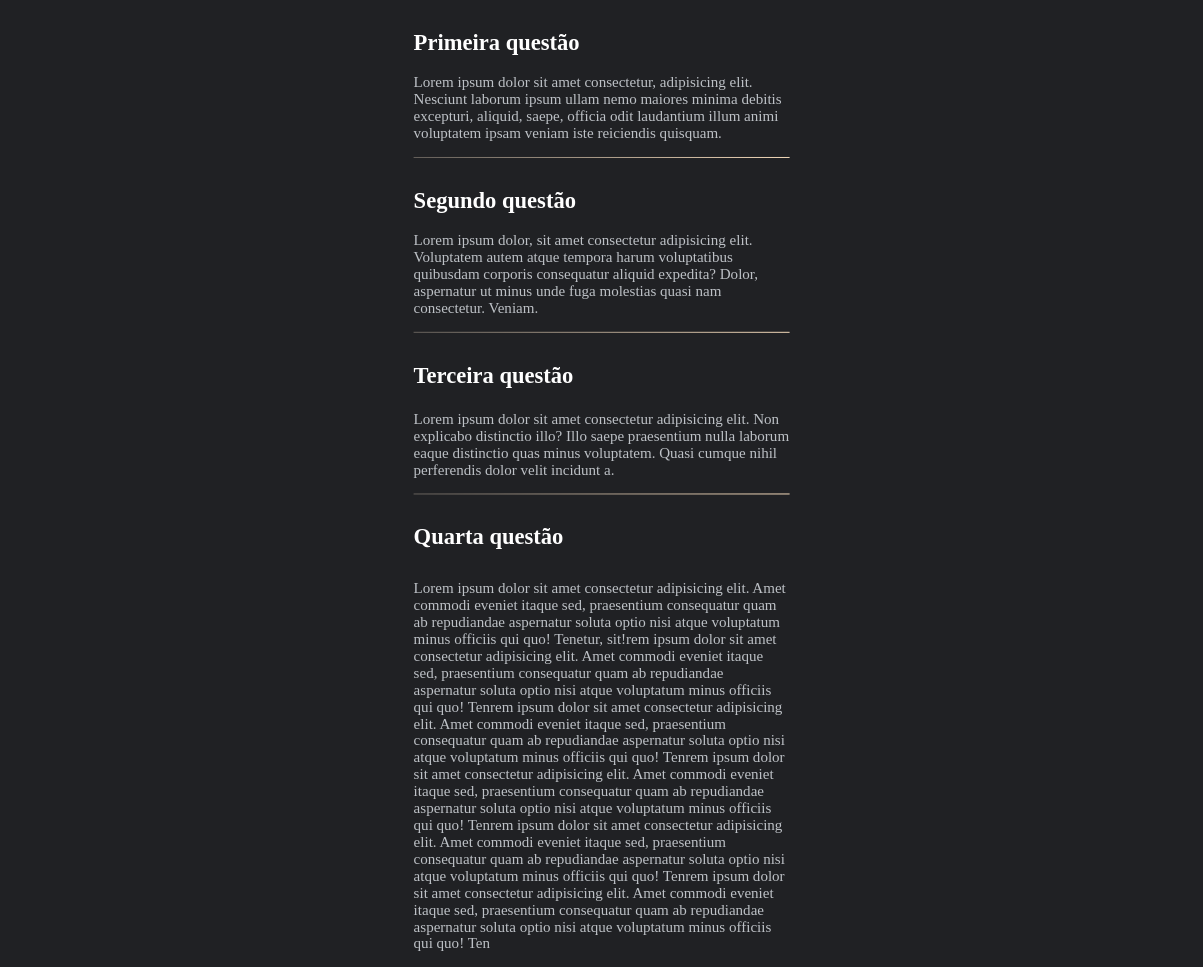
Repository: viviij/Fun-es-Simples-JavaScript
Page: index.html
The author's editor kept a copy of each file at every save. The page is drawn from the files as they stood at one save, then again after the next save.
The browser window is 1280 px wide. The pictures show the whole page, at 94% of full size.

Above is the page before, as saved 2022-08-25 21:35:03.

After the next save:
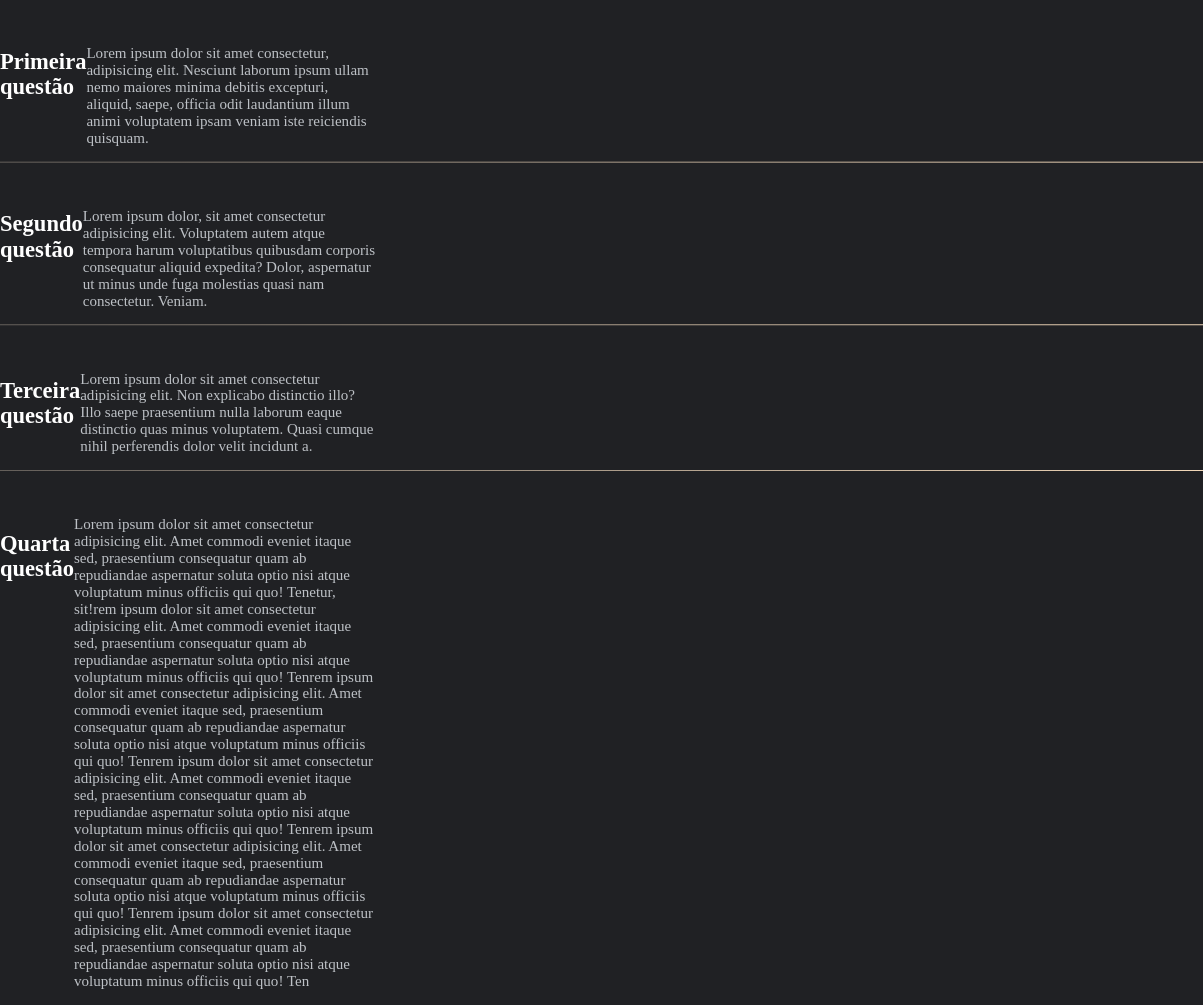
Saved 51 s later.
--- a/styles.css
+++ b/styles.css
@@ -3,8 +3,7 @@
   padding: 0;
   box-sizing: border-box;
   background: var(--background-color);
-  display: flex;
-  justify-content: center;
+
 }
 
 a {
@@ -29,6 +28,8 @@
 }
 
 section {
+  display: flex;
+  justify-content: center;
   color: var(--text-color);
   margin-top: 2rem;
 }

After the save that followed:
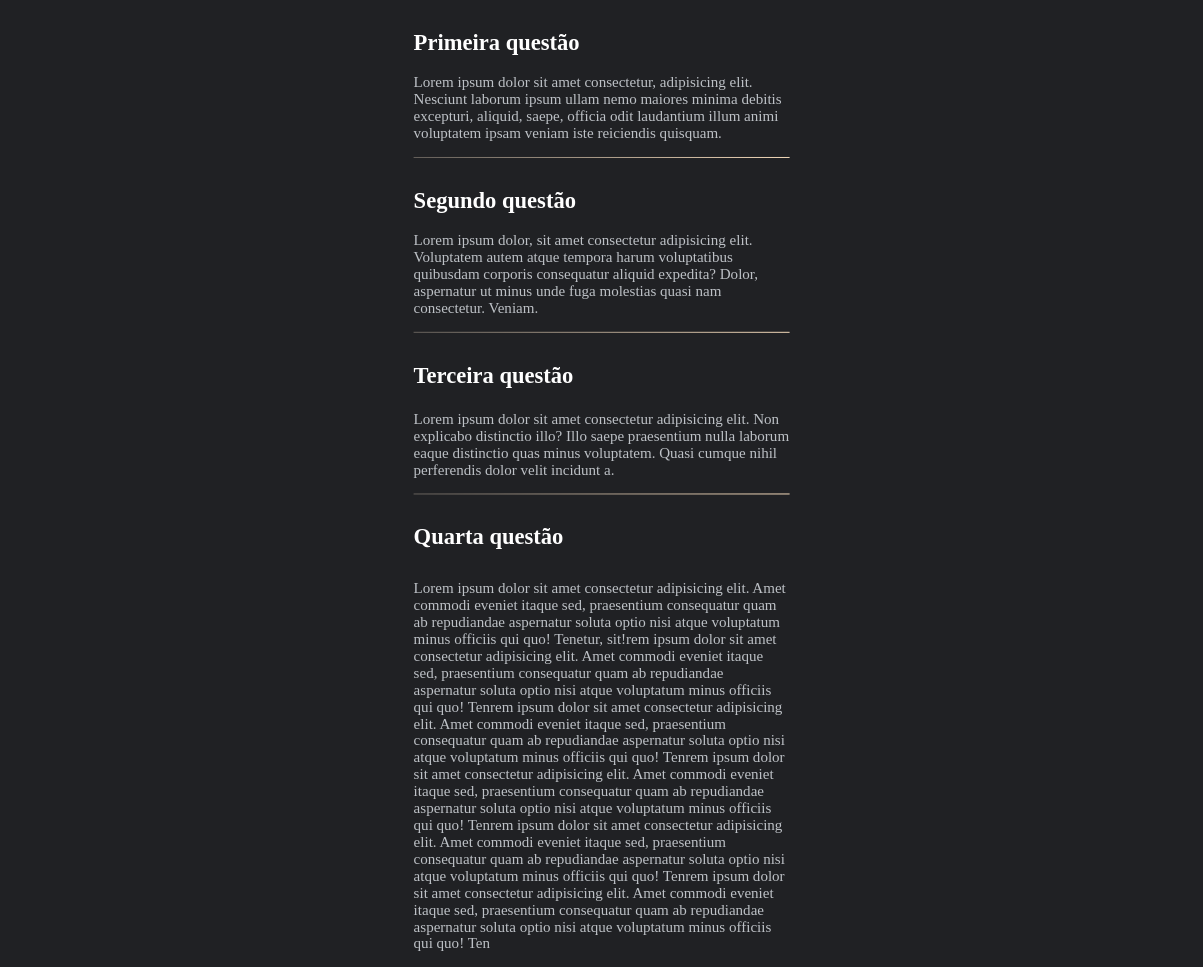
Saved 8 s later.
--- a/styles.css
+++ b/styles.css
@@ -3,7 +3,8 @@
   padding: 0;
   box-sizing: border-box;
   background: var(--background-color);
-
+  display: flex;
+  justify-content: center;
 }
 
 a {
@@ -28,8 +29,6 @@
 }
 
 section {
-  display: flex;
-  justify-content: center;
   color: var(--text-color);
   margin-top: 2rem;
 }
